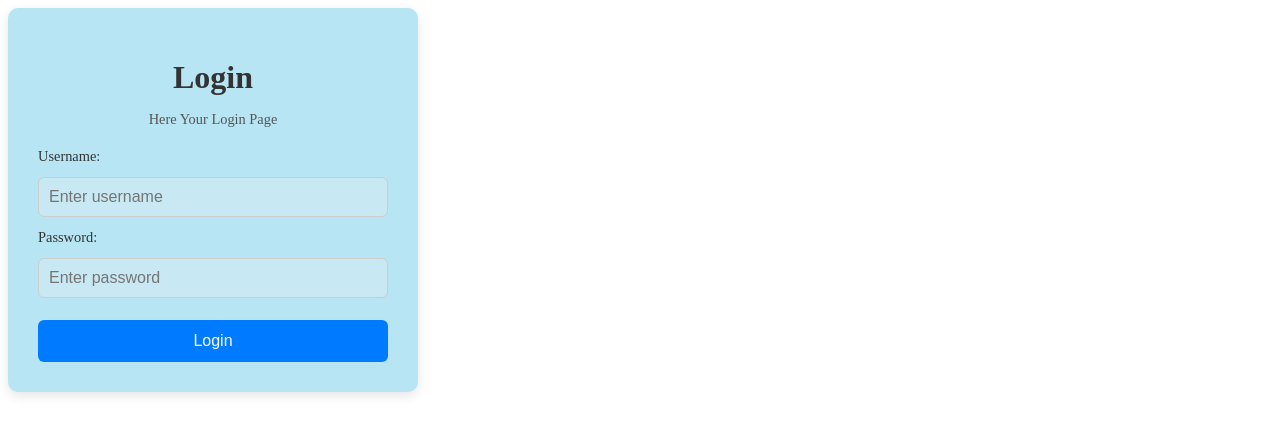
Repository: AdityaTech-Pro/FullStackWithBridgelabz
Page: login form/index.html
An editor plug-in stored every save of this project. The page is shown before and after the next save, followed by the edit.
The browser window is 1280 px wide. The pictures show the whole page.

Above is the page before, as saved 2025-11-17 09:29:09.
Console error: ReferenceError: inputUsername is not defined

After the next save:
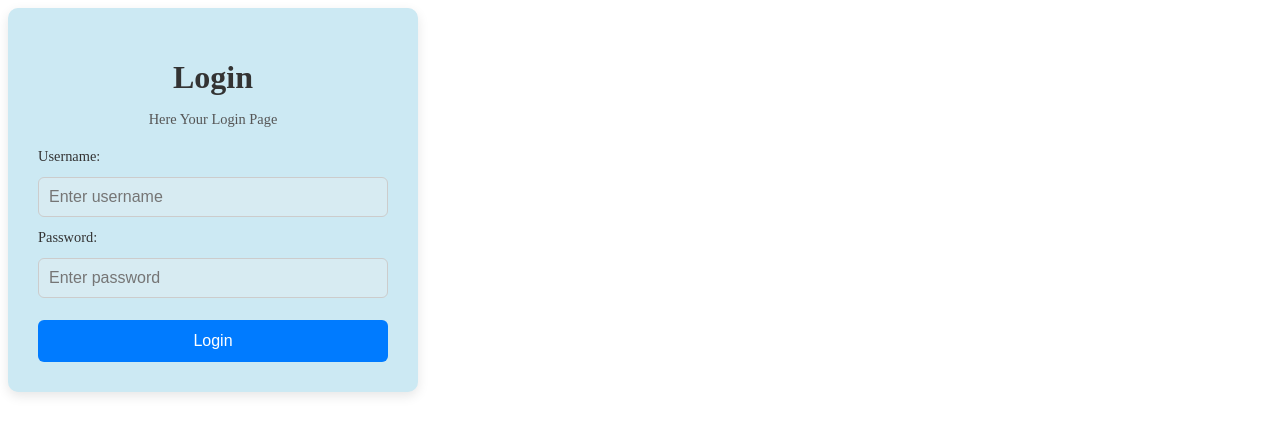
Saved 13 s later.
--- a/login form/style.css
+++ b/login form/style.css
@@ -13,7 +13,7 @@ body {
 }
 
 .login-container {
-  background: #b7e5f4ff; /* White card background */
+  background: #cce9f3ff; /* White card background */
   padding: 30px;
   border-radius: 10px;
   width: 350px;
